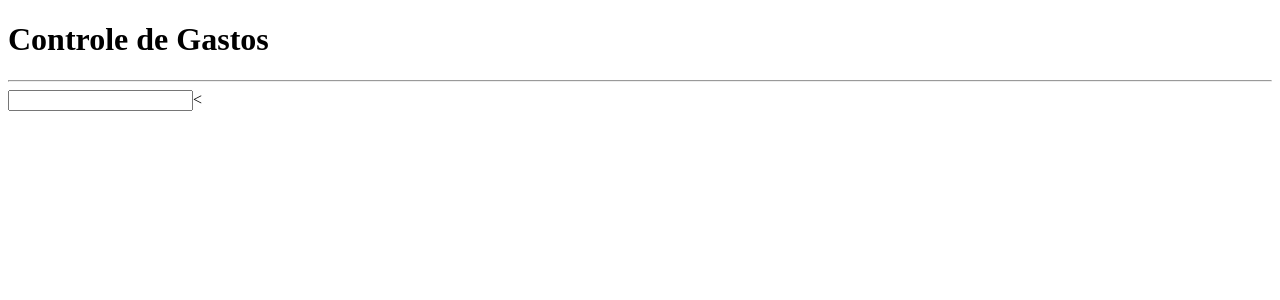
Repository: MarcioFreitasUFSC21/FrontEnd-part-1
Page: index.html
The author's editor kept a copy of each file at every save. The page is drawn from the files as they stood at one save, then again after a run of saves.
The browser window is 1280 px wide. The pictures show the whole page.

Above is the page before, as saved 2023-04-22 18:54:07.

After the next 2 saves:
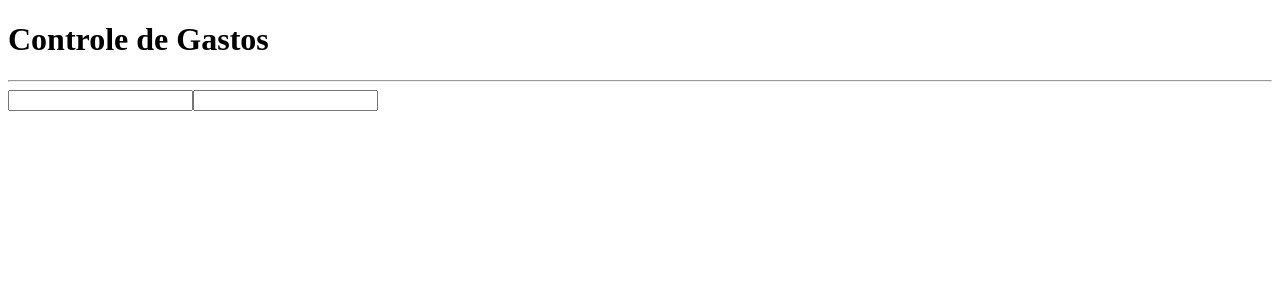
The 2 saves are shown as one change because they came seconds apart.
The last was saved 10 s later.
--- a/index.html
+++ b/index.html
@@ -9,7 +9,7 @@
 <body>
     <h1> Controle de Gastos</h1>
     <hr>
-    <input type = "text" ><
+    <input type = "text" ></body><input type="text">
 
 </body>
 </html>
